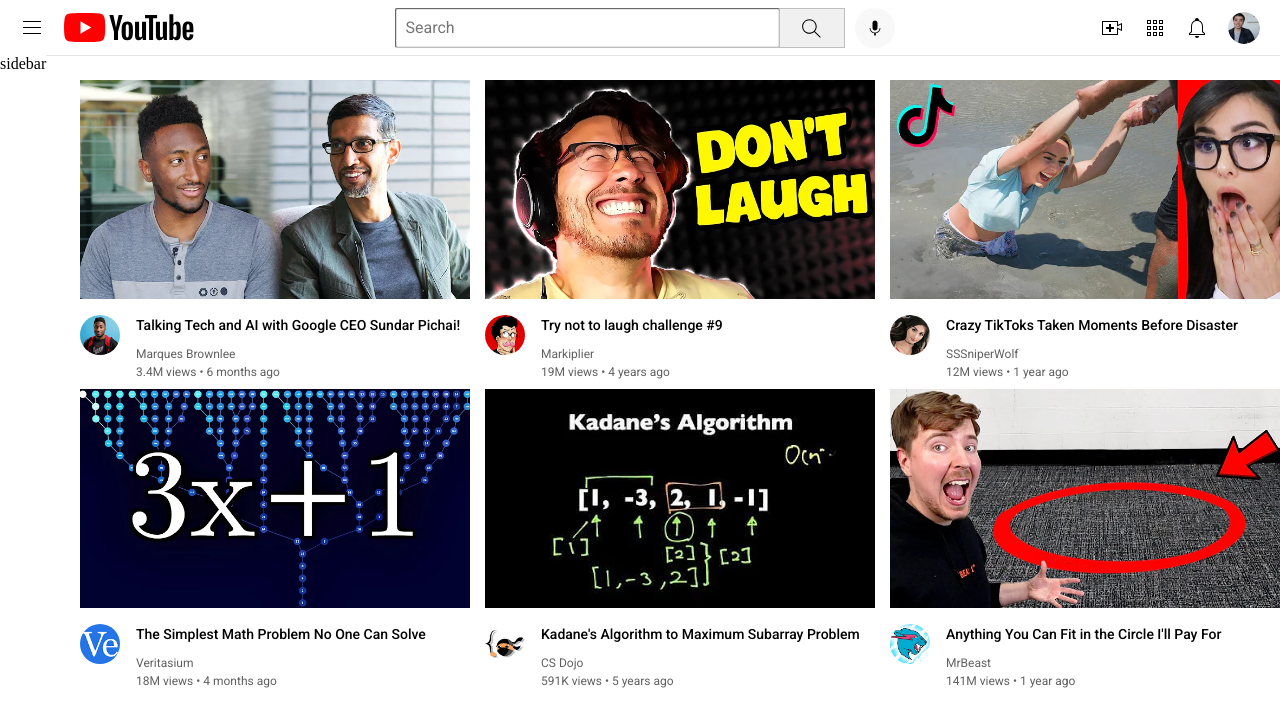
Repository: idahcarts-ux/html-css
Page: youtube.html
An editor plug-in stored every save of this project. The page is shown before and after a run of saves, followed by the edit.
The browser window is 1280 px wide. The pictures show the whole page.

Above is the page before, as saved 2025-11-20 17:02:59.

### youtube.html
<!DOCTYPE html>
<html>
<head>
  <title>YouTube.com Clone</title>

  <link rel="preconnect" href="https://fonts.googleapis.com">
  <link rel="preconnect" href="https://fonts.gstatic.com" crossorigin>
  <link href="https://fonts.googleapis.com/css2?family=Roboto:wght@100;300;400;500;700;900&display=swap" rel="stylesheet">

<link rel="stylesheet" href="styles/general.css">
<link rel="stylesheet" href="styles/video.css">
<link rel="stylesheet" href="styles/header.css">
<link rel="stylesheet" href="styles/sidebar.css">



</head>
<body>
  <div class="header">
    <div class="left-section">
     <img class="hamburger-menu" src="icons/hamburger-menu.svg">
     <img class="youtube-logo" src="icons/youtube-logo.svg">
    </div>

    <div class="middle-section">
      <input class="search-bar" type="text" placeholder="Search">
    <button class="search-button">
      <img
      class="search-icon"
      src="icons/search.svg">
    </button>
    <button class="voice-search-button">
      <img
      class="voice-search-icon"
      src="icons/voice-search-icon.svg">
    </button>
    </div>

    <div class="right-section">
      <img
      class="uploads-icon"
      src="icons/upload.svg">
      <img
      class="youtube-apps-icon"
      src="icons/youtube-apps.svg">
      <img
      class="notification-icon"
      src="icons/notifications.svg">
      <img
       class="current-user-picture"
       src="chanel-pictures/my-channel.jpeg">
    </div>

  </div>

   <div class="sidebar">
     sidebar
   </div>



  <!-- MAIN GRID START -->
  <div class="video-grid">

    <!-- 1 -->
    <div class="video-preview">
      <img class="thumbnails" src="thumbnails/thumbnail-1.webp">
      <div class="video-time"></div>
      <div class="video-info-grid">
        <div class="channel-pictures">
          <img class="profile-picture" src="chanel-pictures/channel-1.jpeg">
        </div>
        <div class="video-info">
          <p class="video-title">
            Talking Tech and AI with Google CEO Sundar Pichai!
          </p>
          <p class="video-author">Marques Brownlee</p>
          <p class="video-stats">3.4M views • 6 months ago</p>
        </div>
      </div>
    </div>

    <!-- 2 -->
    <div class="video-preview">
      <img class="thumbnails" src="thumbnails/thumbnail-2.webp">
      <div class="video-info-grid">
        <div class="channel-pictures">
          <img class="profile-picture" src="chanel-pictures/channel-2.jpeg">
        </div>
        <div class="video-info">
          <p class="video-title">Try not to laugh challenge #9</p>
          <p class="video-author">Markiplier</p>
          <p class="video-stats">19M views • 4 years ago</p>
        </div>
      </div>
    </div>

    <!-- 3 -->
    <div class="video-preview">
      <img class="thumbnails" src="thumbnails/thumbnail-3.webp">
      <div class="video-info-grid">
        <div class="channel-pictures">
          <img class="profile-picture" src="chanel-pictures/channel-3.jpeg">
        </div>
        <div class="video-info">
          <p class="video-title">Crazy TikToks Taken Moments Before Disaster</p>
          <p class="video-author">SSSniperWolf</p>
          <p class="video-stats">12M views • 1 year ago</p>
        </div>
      </div>
    </div>

    <!-- 4 -->
    <div class="video-preview">
      <img class="thumbnails" src="thumbnails/thumbnail-4.webp">
      <div class="video-info-grid">
        <div class="channel-pictures">
          <img class="profile-picture" src="chanel-pictures/channel-4.jpeg">
        </div>
        <div class="video-info">
          <p class="video-title">The Simplest Math Problem No One Can Solve</p>
          <p class="video-author">Veritasium</p>
          <p class="video-stats">18M views • 4 months ago</p>
        </div>
      </div>
    </div>

    <!-- 5 -->
    <div class="video-preview">
      <img class="thumbnails" src="thumbnails/thumbnail-5.webp">
      <div class="video-info-grid">
        <div class="channel-pictures">
          <img class="profile-picture" src="chanel-pictures/channel-5.jpeg">
        </div>
        <div class="video-info">
          <p class="video-title">
            Kadane's Algorithm to Maximum Subarray Problem
          </p>
          <p class="video-author">CS Dojo</p>
          <p class="video-stats">591K views • 5 years ago</p>
        </div>
      </div>
    </div>

    <!-- 6 -->
    <div class="video-preview">
      <img class="thumbnails" src="thumbnails/thumbnail-6.webp">
      <div class="video-info-grid">
        <div class="channel-pictures">
          <img class="profile-picture" src="chanel-pictures/channel-6.jpeg">
        </div>
        <div class="video-info">
          <p class="video-title">
            Anything You Can Fit in the Circle I'll Pay For
          </p>
          <p class="video-author">MrBeast</p>
          <p class="video-stats">141M views • 1 year ago</p>
        </div>
      </div>
    </div>

  </div>
  <!-- MAIN GRID END -->



</body>
</html>

### styles/general.css
 p {
    font-family: Roboto, Arial;
    margin-top: 0;
    margin-bottom: 0;
  }

  body {
    margin: 0;
    padding-top: 80px;
    padding-left: 80px;
  }

### styles/video.css



  .thumbnails {
    width: 100%;
  }



  .video-title {
    font-size: 14px;
    font-weight: 500;
    line-height: 20px;
    margin-bottom: 12px;
  }

  .video-info-grid {
    display: flex;
    margin-top: 12px;
  }

  /* FIX: Ensure the profile picture container is just large enough for the picture */
  .channel-pictures {
    width: 48px; /* Slightly larger than the picture for padding/margin */
    flex-shrink: 0;
    margin-right: 8px; /* Added some spacing to separate picture from text */
  }

  /* FIX: Ensure the profile picture fills its container and maintain aspect ratio */
  .profile-picture {
    width: 40px; /* Kept your desired size */
    height: 40px; /* Added explicit height to force a square container */
    object-fit: cover; /* Ensures image covers the area without distortion */
    border-radius: 50%;
  }

  /* FIX: Removed fixed width which was unnecessary and potentially restrictive */
  .video-info {
    /* width: 200px; <--- Removed this line */
    flex: 1; /* Allow it to take up the remaining space */
  }

  .video-author {
    font-size: 12px;
    color: rgb(96, 96, 96);
    margin-bottom: 4px;
  }

  .video-stats {
    font-size: 12px;
    color: rgb(96, 96, 96);
  }

  .video-grid {
    display: grid;
    grid-template-columns: 1fr 1fr 1fr;
    column-gap: 15px;
    row-gap: 10px;
  }

### styles/header.css


  .header {
    height:55px;
    display:flex;
    flex-direction: row;
    justify-content: space-between;
    position: fixed;
    top:0;
    left:0;
    right:0;
    background-color: white;
    border-bottom-width: 1px;
    border-bottom-style: solid;
    border-bottom-color: rgb( 228, 228, 228);
  }

  .left-section {
  display: flex;
   align-items: center;


  }
    .youtube-logo {
    width: 12vw;        /* Scales with viewport width */
    min-width: 80px;    /* Don't get too small */
    max-width: 130px;   /* Don't grow too large */
    height: auto;       /* Keep aspect ratio */
    transition: width 0.25s ease;
}


  .hamburger-menu {
    height: 24px;
    margin-left: 20px;
    margin-right: 20px;
  }
  .middle-section {
    flex:1;
    margin-left: 30px;
    margin-right: 35px;
    max-width:500px;
    display: flex;
    align-items:center;
  }
  .search-bar {
    flex:1;
    height:36px;
    padding-left:10px;
    font-size: 16px;
    border-width: 1px;
    border-color: rgb(190, 190,190);
    border-radius: 2px;
    box-shadow: inset 0.05px 0.05px 1px rgba(0, 0, 0.05);
    width:0;
  }
  .search-bar::placeholder {
    font-family: Roboto, Arial;
    fon-size:15px;
  }
  .search-icon{
    height:25px;
    margin-top:4px;
  }
  .search-button {
    height:40px;
    width:66px;
    background-color: rgb( 240, 240, 240);
    border-width: 1px;
    border-style:solid;
    border-color: rgb(190, 190,190);
    margin-left: -1px;
    margin-right: 10px;
  }
  .voice-search-button {
    height:40px;
    width:40px;
    border-radius: 20px;
    border: none;
    background-color: rgb(248,248,248);
  }
  .voice-search-icon{
    height:20px;
    margin-top: 4px;

  }
  .right-section {
    width:180px;
    display:flex;
    align-items: center;
    justify-content: space-between;
    flex-shrink: 0;
  }
  .uploads-icon {
    height:24px;
  }
  .youtube-apps-icon {
    height:24px;
  }
  .notification-icon {
    height:24px;
  }
  .current-user-picture {
    height:32px;
    border-radius: 16px;
    margin-right: 20px;
  }

### styles/sidebar.css
.sidebar {
  position: fixed;
  left: 0;
  bottom: 0;
  top: 55px;
  background-color: white;

}

After the next 2 saves:
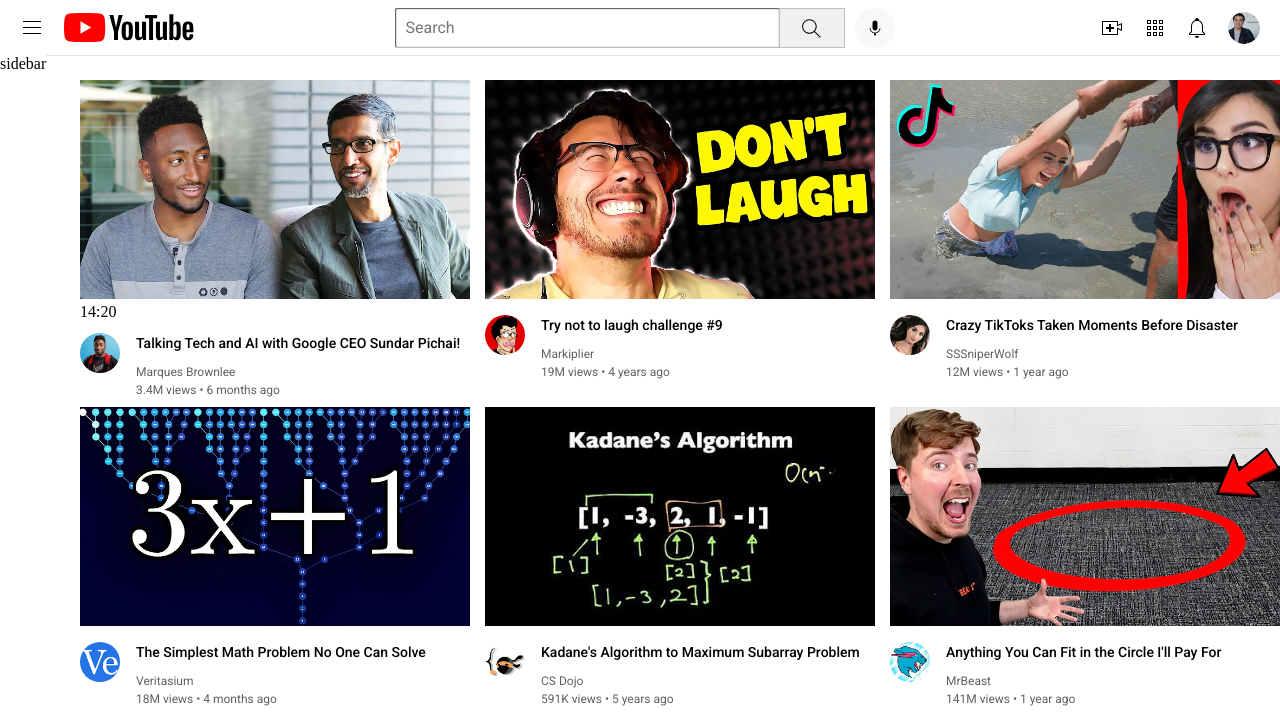
The 2 saves are shown as one change because they came seconds apart.
The last was saved 13 s later.
--- a/youtube.html
+++ b/youtube.html
@@ -65,7 +65,7 @@
     <!-- 1 -->
     <div class="video-preview">
       <img class="thumbnails" src="thumbnails/thumbnail-1.webp">
-      <div class="video-time"></div>
+      <div class="video-time">14:20</div>
       <div class="video-info-grid">
         <div class="channel-pictures">
           <img class="profile-picture" src="chanel-pictures/channel-1.jpeg">
